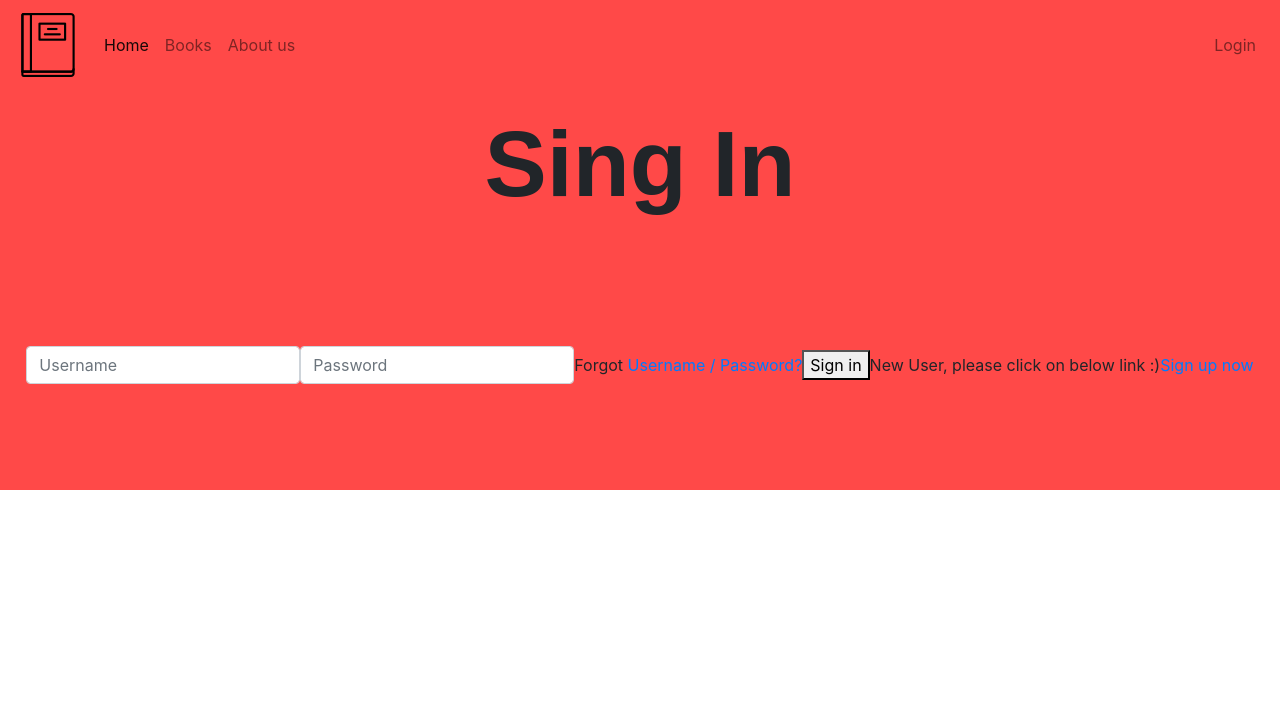
Repository: abhishekgandhi2398/BookStore
Page: http://localhost/BookStore/ulogin.jsp
The author's editor kept a copy of each file at every save. The page is drawn from the files as they stood at one save, then again after the next save.
The browser window is 1280 px wide. The pictures show the whole page.
The page is served by Tomcat 9.

Above is the page before, as saved 2019-12-06 15:23:24.
Console error: TypeError: Cannot read properties of undefined (reading 'fn')

After the next save:
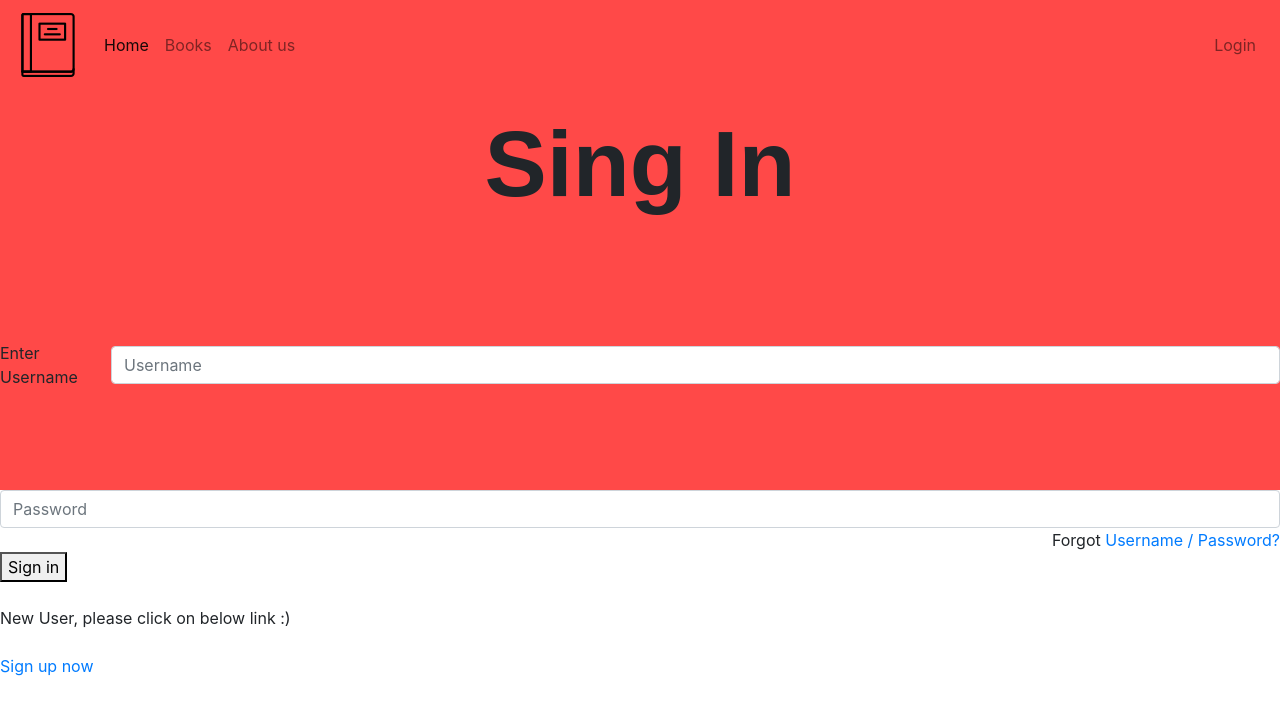
Saved 39 s later.
--- a/ProjectJava/BookStore/WebContent/ulogin.jsp
+++ b/ProjectJava/BookStore/WebContent/ulogin.jsp
@@ -89,9 +89,9 @@ else
 					<br>
 					<br>
 
-					<div class="wrap-input100 validate-input m-b-16" data-validate="Please enter Mobile No.">
+						<span class="focus-input100">Enter Username</span>
 						<input class="form-control" type="number" name="mobile" placeholder="Username">
-						<span class="focus-input100"></span>
+
 					</div>
 
 					<div class="wrap-input100 validate-input" data-validate = "Please enter password">
